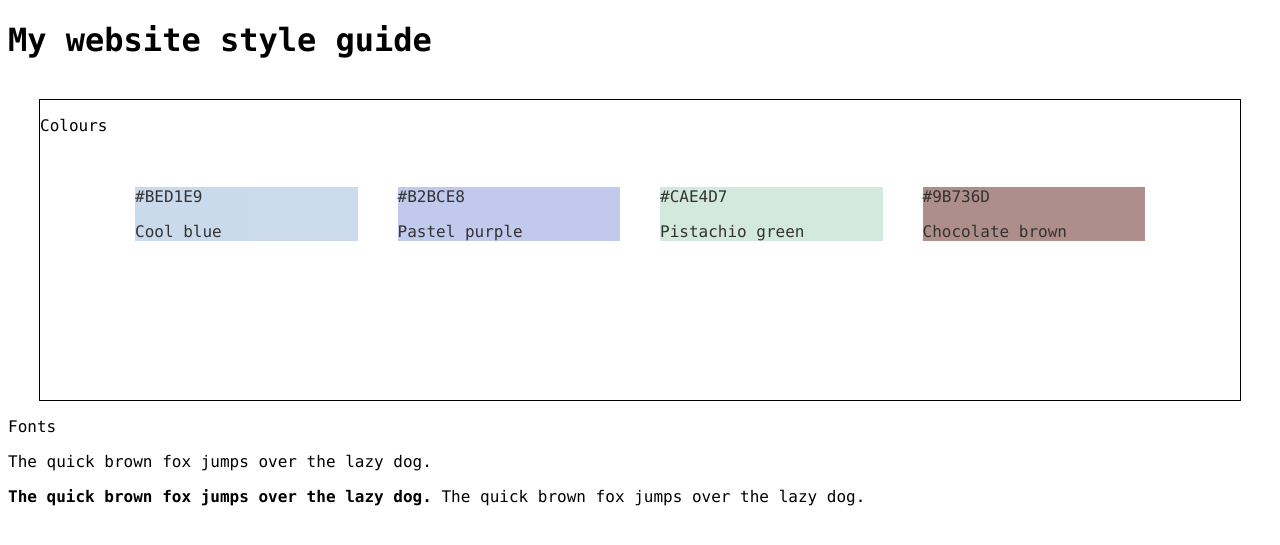
Repository: nazaninrizvi/codecademy
Page: Javascript/website-design-system/index.html
An editor plug-in stored every save of this project. The page is shown before and after the next save, followed by the edit.
The browser window is 1280 px wide. The pictures show the whole page.

Above is the page before, as saved 2021-11-26 14:30:12.

After the next save:
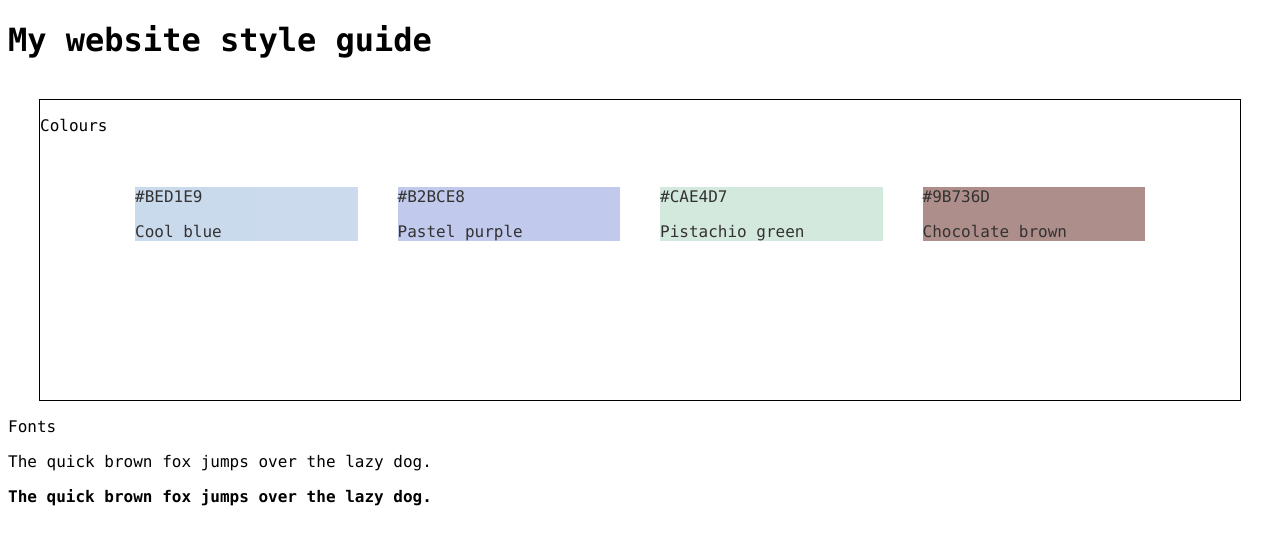
Saved 6 s later.
--- a/Javascript/website-design-system/index.html
+++ b/Javascript/website-design-system/index.html
@@ -39,7 +39,7 @@
                 <p>The quick brown fox jumps over the lazy dog.</p>
                 <p><b>The quick brown fox jumps over the lazy dog.
 
-                </b>The quick brown fox jumps over the lazy dog.</p>
+                </b></p>
             </div>
            </div>
         </div>
